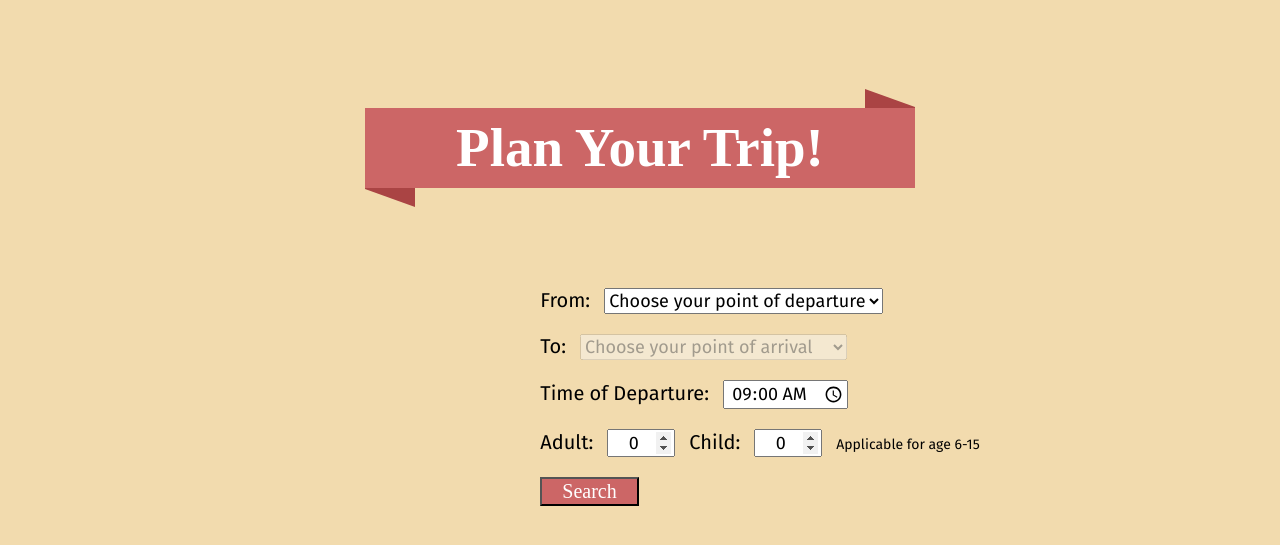
Repository: bbh0607/bae_dNation
Page: public/index.html
An editor plug-in stored every save of this project. The page is shown before and after a run of saves, followed by the edit.
The browser window is 1280 px wide. The pictures show the whole page.
Some web fonts or font styles are not loaded; a fallback is used.

Above is the page before, as saved 2020-02-01 15:07:37.

### public/index.html
<!DOCTYPE html>
<html lang="en">
  <head>
    <meta charset="UTF-8" />
    <link rel="stylesheet" type="text/css" href="./css/style.css" />
    <link rel="stylesheet" href="https://fonts.googleapis.com/css?family=Fira+Sans">
    <script src="js/script.js"></script>
    <title>My Website</title>
  </head>
  <body>
    <h1>Plan Your Trip!</h1>
    <form action="result.html" method="POST">
      <ul>
        <li>
          <label for="from">From:</label>
          <select id="fromSelect" name="from" onchange="removeDuplicate(this)" required>
            <option value="DEFAULT" selected disabled hidden>Choose your point of departure</option>
            <option value="KLIA">KLIA (KL International Airport)</option>
            <option value="KLIA2">KLIA2 (Airport Terminal 2)</option>
            <option value="SENTRAL">KL Sentral</option>
            <option value="OTHER">Other..</option>
          </select>
        </li>
        <li>
          <label for="to">To:</label>
          <select id="toSelect" name="to" onchange="removeDuplicate(this)" disabled required>
            <option value="DEFAULT" selected disabled hidden>Choose your point of arrival</option>
            <option value="KLIA">KLIA (KL International Airport)</option>
            <option value="KLIA2">KLIA2 (Airport Terminal 2)</option>
            <option value="SENTRAL">KL Sentral</option>
            <option value="OTHER">Other..</option>
          </select>
        </li>
        <li>
          <label for="deptime">Time of Departure:</label>
          <input type="time" id="deptime" name="deptime" value="09:00" required>
        </li>
        <li>
          <label for="adult">Adult:</label>
          <input type="number" id="adult" name="adult" value="0" min='0' required>
          <label for="child">Child:</label>
          <input type="number" id="child" name="child" value="0" min='0' required>
          <small>Applicable for age 6-15</small>
        </li>
        <li>
          <input type="submit" value="Search">
        </li>
      </ul>
    </form a>
  </body>
</html>

### public/css/style.css
/* body {
  background-color: aquamarine;
} */

@import url(https://fonts.googleapis.com/css?family=Patua+One);

body {
  background-color:#F2DBAE;
  align-content: center;
}

h1 {
  background-color:#c66;
  width:550px; height:80px;
  line-height:80px;
  font-size:55px;
  text-align:center;
  position:relative;
  margin:100px auto;
  font-family: 'Patua One', cursive;
  color:#fff;
  }

h1:before, h1:after {
  background-color:#a44;
  width:50px; height:80px;
  content:'';
  display:block;
  transform:skewY(20deg);
  position:absolute;
  z-index:-1;
}

h1:before {top:10px; left:0; }
h1:after {top:-10px; right:0; }

label {
  font-size: 20px;
  font-family: "Fira Sans", sans-serif;
  margin-right: 10px;
}

ul {
  list-style-type: none;
  justify-self: center;
  margin-left: 200px;
}

li {
  margin-top: 20px;
}

select {
  font-family: "Fira Sans", sans-serif;
  font-size: 18px;
  margin-right: 10px;
}

input[type="submit"]{
  background-color: #c66;
  color: #fff;
  font-size: 20px;
  font-family: 'Patua One', cursive;
  padding-left: 20px;
  padding-right: 20px;
}

input[type="number"]{
  width: 60px;
  text-align: center;
  margin-right: 10px;
  font-family: "Fira Sans", sans-serif;
  font-size: 18px;
}

input[type="time"]{
  width: 120px;
  text-align: center;
  font-family: "Fira Sans", sans-serif;
  font-size: 18px;
}

small {
  font-family: "Fira Sans", sans-serif;
  font-size: 14px;
}

input[type='number']::-webkit-inner-spin-button,
input[type='number']::-webkit-outer-spin-button {
    opacity: 1;
}

input[type='time']::-webkit-inner-spin-button,
input[type='time']::-webkit-outer-spin-button {
    opacity: 1;
}

### public/js/script.js
function removeDuplicate(element) {
    const changedId = element.id;
    const comparisonId = changedId == 'fromSelect'? 'toSelect': 'fromSelect';
    const changed = document.getElementById(changedId);
    const compare = document.getElementById(comparisonId)
    if (
      changed.options[changed.selectedIndex].value ==
      compare.options[compare.selectedIndex].value
    ) compare.value="DEFAULT"
    document.getElementById(comparisonId).disabled = false;
}

After the next 2 saves:
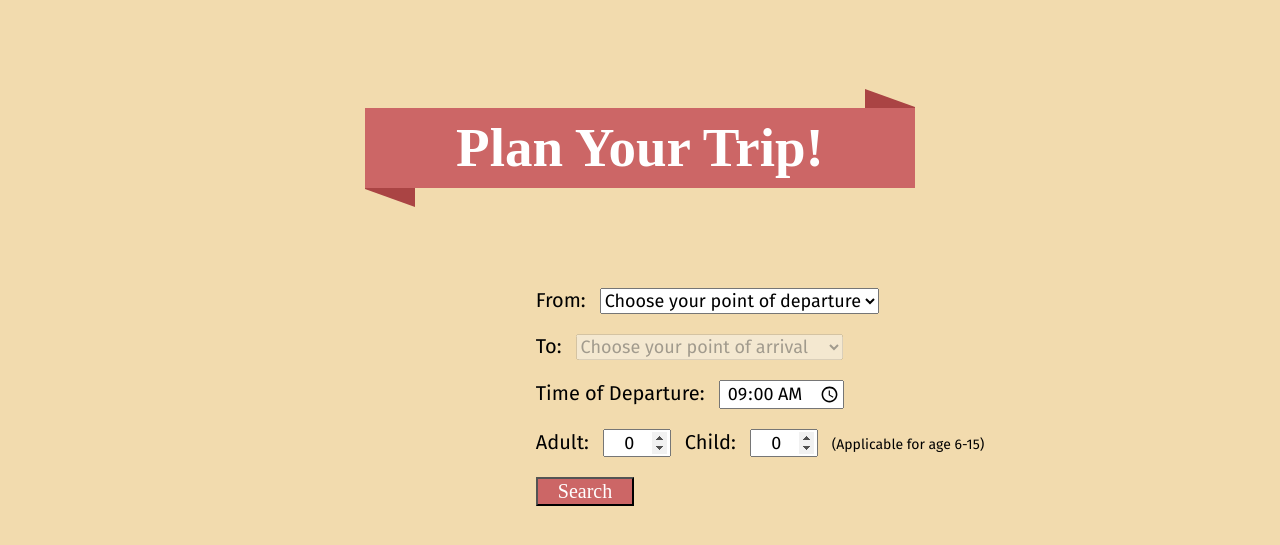
The 2 saves are shown as one change because they came seconds apart.
The last was saved 9 s later.
--- a/public/index.html
+++ b/public/index.html
@@ -40,7 +40,7 @@
           <input type="number" id="adult" name="adult" value="0" min='0' required>
           <label for="child">Child:</label>
           <input type="number" id="child" name="child" value="0" min='0' required>
-          <small>Applicable for age 6-15</small>
+          <small>(Applicable for age 6-15)</small>
         </li>
         <li>
           <input type="submit" value="Search">
